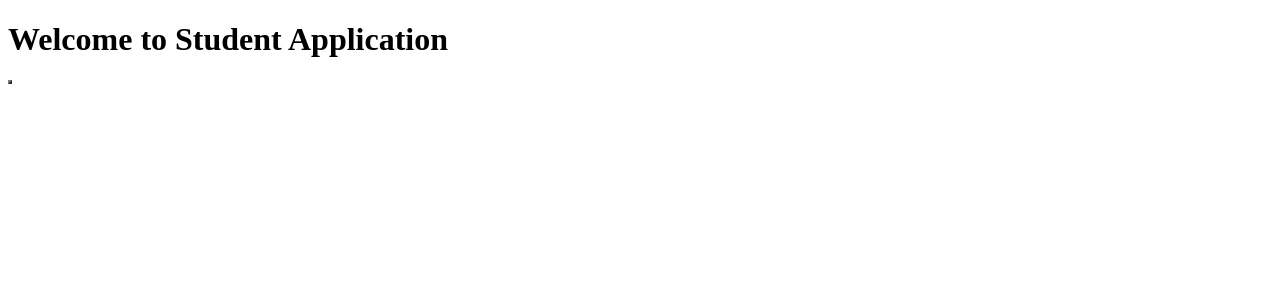
Repository: pathanking/srkr
Page: student-app/src/main/webapp/add-student.htm
These files come from the project's save history. The page is drawn as it stood at one moment and after the next save; the edit follows.
The browser window is 1280 px wide. The pictures show the whole page.

Above is the page before, as saved 2023-06-14 09:39:56.

After the next save:
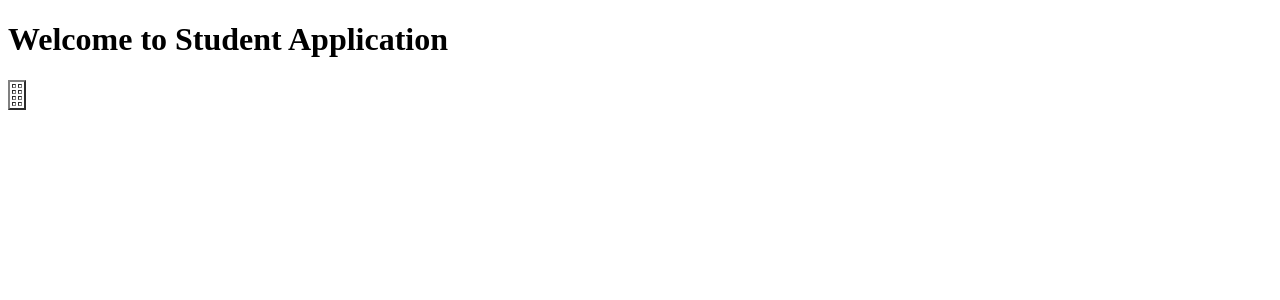
Saved 64 s later.
--- a/student-app/src/main/webapp/add-student.htm
+++ b/student-app/src/main/webapp/add-student.htm
@@ -9,9 +9,22 @@
 
 	<form action="">
 		<table border="2px solid black">
-
-
-
+			<tr>
+				<td></td>
+				<td></td>
+			</tr>
+			<tr>
+				<td></td>
+				<td></td>
+			</tr>
+			<tr>
+				<td></td>
+				<td></td>
+			</tr>
+			<tr>
+				<td></td>
+				<td></td>
+			</tr>
 		</table>
 	</form>
 
